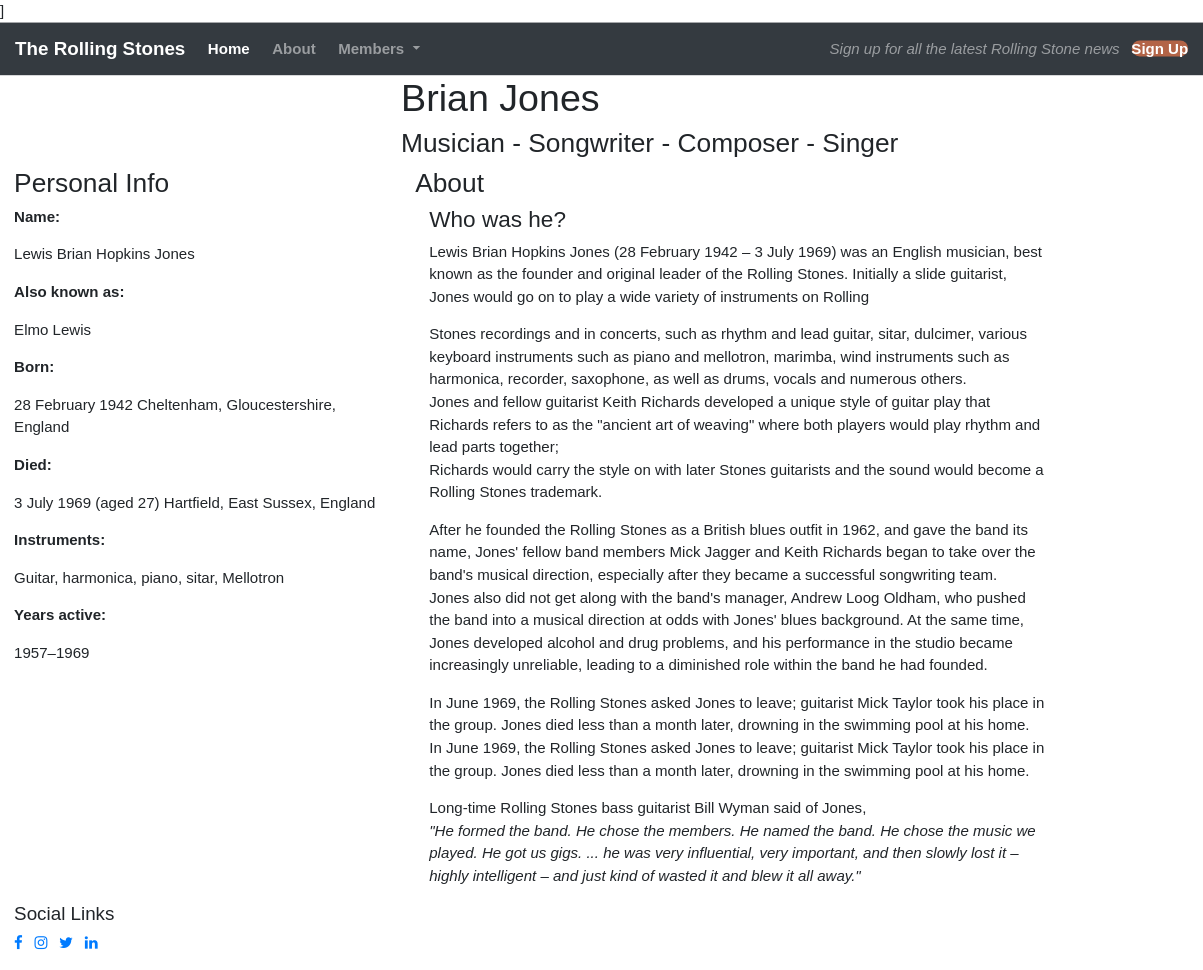
Repository: TecDruid/rolling-stones-fan-site
Page: brian-jones.html
The author's editor kept a record of every edit. The page is drawn from the files as they stood at one moment, then again after the next edit.
The browser window is 1280 px wide. The pictures show the whole page, at 94% of full size.
Some web fonts or font styles are not loaded; a fallback is used. Some web libraries are served in a nearby version.

Above is the page before.

After the next edit:
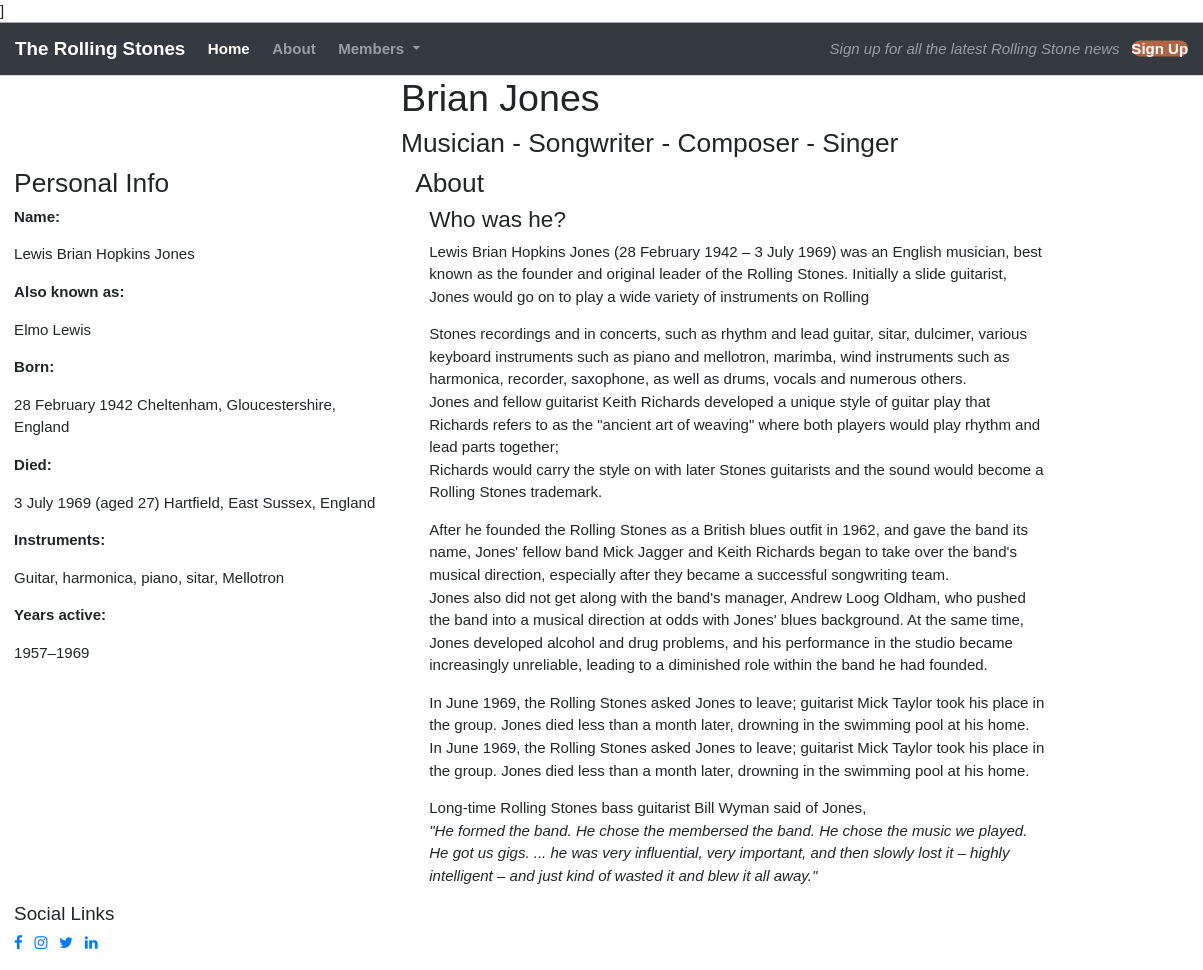
The edit:
--- a/brian-jones.html
+++ b/brian-jones.html
@@ -36,12 +36,12 @@
                     <div class="dropdown-menu" aria-labelledby="navbarDropdownMenuLink">
                         <a class="dropdown-item" href="brian-jones.html">Brian Jones</a>
                         <a class="dropdown-item" href="mick-jagger.html">Mick Jagger</a>
-                        <a class="dropdown-item" href="members/keith-richards.html">Keith Richards</a>
-                        <a class="dropdown-item" href="members/bill-wyman.html">Bill Wyman</a>
-                        <a class="dropdown-item" href="members/charlie-watts.html">Charlie Watts</a>
-                        <a class="dropdown-item" href="members/ronnie-wood.html">Ronnie Wood</a>
-                        <a class="dropdown-item" href="members/ian-stewart.html">Ian Stewart</a>
-                        <a class="dropdown-item" href="members/mike-taylor.html">Mick Taylor</a>
+                        <a class="dropdown-item" href="keith-richards.html">Keith Richards</a>
+                        <a class="dropdown-item" href="bill-wyman.html">Bill Wyman</a>
+                        <a class="dropdown-item" href="charlie-watts.html">Charlie Watts</a>
+                        <a class="dropdown-item" href="ronnie-wood.html">Ronnie Wood</a>
+                        <a class="dropdown-item" href="ian-stewart.html">Ian Stewart</a>
+                        <a class="dropdown-item" href="mike-taylor.html">Mick Taylor</a>
                     </div>
                 </li>
 
@@ -177,7 +177,7 @@
                         style on with later Stones guitarists and the sound would become a Rolling Stones trademark.
                     </p>
                     <p>
-                        After he founded the Rolling Stones as a British blues outfit in 1962, and gave the band its name, Jones' fellow band members Mick Jagger and Keith Richards began to take over the band's musical direction, especially after they became a successful songwriting
+                        After he founded the Rolling Stones as a British blues outfit in 1962, and gave the band its name, Jones' fellow band Mick Jagger and Keith Richards began to take over the band's musical direction, especially after they became a successful songwriting
                         team.
                         <br/> Jones also did not get along with the band's manager, Andrew Loog Oldham, who pushed the band into a musical direction at odds with Jones' blues background. At the same time, Jones developed alcohol and drug problems, and
                         his performance in the studio became increasingly unreliable, leading to a diminished role within the band he had founded.
@@ -186,7 +186,7 @@
                         In June 1969, the Rolling Stones asked Jones to leave; guitarist Mick Taylor took his place in the group. Jones died less than a month later, drowning in the swimming pool at his home. In June 1969, the Rolling Stones asked Jones to leave; guitarist Mick
                         Taylor took his place in the group. Jones died less than a month later, drowning in the swimming pool at his home.
                     </p>
-                    <p>Long-time Rolling Stones bass guitarist Bill Wyman said of Jones, <br/><i>"He formed the band. He chose the members. He named the band. He chose the music we played. He got us gigs. ... he was very influential, very important, and then slowly
+                    <p>Long-time Rolling Stones bass guitarist Bill Wyman said of Jones, <br/><i>"He formed the band. He chose the membersed the band. He chose the music we played. He got us gigs. ... he was very influential, very important, and then slowly
                         lost it – highly intelligent – and just kind of wasted it and blew it all away."</i>
                     </p>
                 </div>
